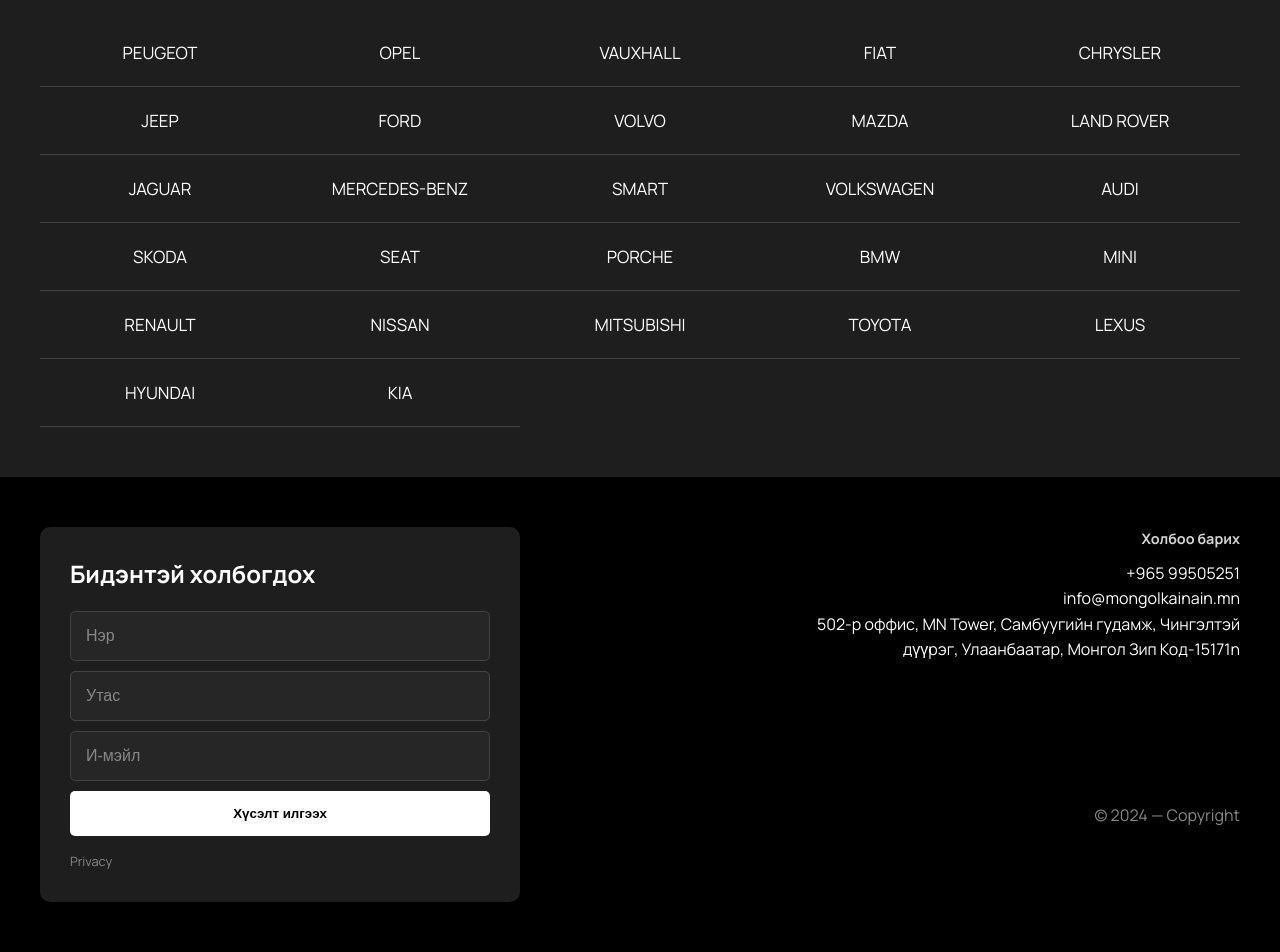
Repository: temuujinnn/mongol_kanain
Page: index.html
An editor plug-in stored every save of this project. The page is shown before and after the next save, followed by the edit.
The browser window is 1280 px wide. The pictures show the part of the page from y = 2407 to 3359 px (the page is 3359 px tall).
A picture or video elsewhere on the page could not be fetched, so the positions and the page height are approximate.

Above is the page before, as saved 2024-09-04 21:57:32.

### index.html
<!DOCTYPE html>
<html lang="mn">

<head>
    <meta charset="UTF-8">
    <meta name="viewport" content="width=device-width, initial-scale=1.0">
    <title>Mongol Kanain</title>
    <link rel="stylesheet" href="style.css">
    <link rel="icon" type="image/x-icon" href="./images/pavicon.svg">
    <!-- Google Fonts Link -->
    <link href="https://fonts.googleapis.com/css2?family=Manrope:wght@400;700&display=swap" rel="stylesheet">
</head>

<body>
    <!-- Header Section -->
    <header>
        <div class="container">
            <div class="logo">
                <img src="./images/pavicon.svg" style="width: 40px; height: 40px;" alt="Calendar Icon">
                <h1 style="margin-left: 5px;">Mongol Kanain</h1>

            </div>
            <nav>
                <ul>
                    <li><a href="#hero">Нүүр</a></li>
                    <li><a href="#about">Бидний тухай</a></li>
                    <li><a href="#order-process">Захиалага</a></li>
                    <!-- <li><a href="#contact">Бидэнтэй холбогдох</a></li> -->
                </ul>
            </nav>
            <a href="#contact" class="contact-btn">Бидэнтэй холбогдох</a>
            <button class="hamburger">
                <div></div>
                <div></div>
                <div></div>
            </button>
        </div>
    </header>

    <div class="sidebar">
        <ul>
        <li><a href="#hero">Нүүр</a></li>
        <li><a href="#about">Бидний тухай</a></li>
        <li><a href="#order-process">Захиалага</a></li>
        <!-- <li><a href="#contact">Бидэнтэй холбогдох</a></li> -->
        </ul>
        <a href="#contact" class="contact-btn">Бидэнтэй холбогдохs</a>
    </div>

    <!-- Hero Section -->
    <section id="hero" class="fade-in">
        <div class="overlay"></div>
        <div class="hero-content">
            <h1>Оригинал баталгаатай сэлбэгийг хамгийн найдвартай бөгөөд өрсөлдөхүйц үнээр ханган нийлүүлэгч</h1>
            <a href="#contact" class="button">Бидэнтэй холбогдох</a>
        </div>
    </section>

    <!-- The rest of your content -->
    <section id="about" class="fade-in">
        <div class="container">

            <div class="about-grid">
                <div>
                    <h2>БИДНИЙ ТУХАЙ</h2>
                    <p class="description">“Монгол Канайн” ХХК нь 2011 оноос эхлэн дэлхийд чанар, үйл ажиллагаагаараа
                        тэргүүлэгч
                        оригинал авто сэлбэгийн брэндүүдийн бөөнийн болон жижиглэн худалдааны үйл ажиллагаа болон
                        даатгалын
                        гүйцэтгэлийн үйл ажиллагааг явуулж байна. Бид таны авто сэлбэг хангамжийн хамгийн найдвартай
                        түнш
                        байх
                        болно.</p>
                </div>

                <div class="about-card">
                    <div class="icon">
                        <img src="./icons/calendar-time.svg" alt="Calendar Icon">
                    </div>
                    <div style="height: 40px;"></div>
                    <div class="text">2011 онд эхэлсэн</div>
                </div>
                <div class="about-card">
                    <div class="icon">
                        <img src="./icons/discount-check.svg" alt="Calendar Icon">
                    </div>
                    <div style="height: 40px;"></div>
                    <div class="text">Найдвартай & Баталгаатай</div>
                </div>
                <div class="about-card">
                    <div class="icon">
                        <img src="./icons/truck-delivery.svg" alt="Calendar Icon">
                    </div>
                    <div style="height: 40px;"></div>
                    <div class="text">Шууд Хүргэлт</div>
                </div>
                <div class="about-card">
                    <div class="icon">
                        <img src="./icons/chart-bar.svg" alt="Calendar Icon">
                    </div>
                    <div style="height: 40px;"></div>
                    <div class="text">Хурдцатай төлж байгаа</div>
                </div>
                <div class="about-card">
                    <div class="icon">
                        <img src="./icons/mood-smile-beam.svg" alt="Calendar Icon">
                    </div>
                    <div style="height: 40px;"></div>
                    <div class="text">Хялбар Каталог</div>
                </div>
            </div>
        </div>
    </section>
    <section id="order-process" class="fade-in">
        <div class="container">
            <div class="order-process-title">
                <div style=" width: 80px; height: 4px; background-color: #ffcc00; margin-bottom: 12px;"></div>
                <h2>ЗАХИАЛГА</h2>
                <p class="description">Бүх төрлийн оригинал сэлбэг эд ангийг бид дараах процессоор та бүхэнд нийлүүлж
                    байна.
                </p>
            </div>

            <div class="steps">
                <div class="step">
                    <div class="stepicon">
                        <img src="./icons/report-money.svg" alt="Calendar Icon">
                    </div>
                    <div class="step-number">1</div>
                    <h3>Үнийн санал</h3>
                    <p>Та өөрийн хүссэн барааны жагсаалт болон захиалгын мэдээллээ бидэнд мэдэгдэнэ.</p>
                </div>
                <div class="step">
                    <div class="stepicon">
                        <img src="./icons/building-bank.svg" alt="Calendar Icon">
                    </div>
                    <div class="step-number">2</div>
                    <h3>Төлбер</h3>
                    <p>Үнийн саналыг баталгаажуулсан нөхцөлд нэхэмжлэх илгээн төлбер төлнө.</p>
                </div>
                <div class="step">
                    <div class="stepicon">
                        <img src="./icons/phone-check.svg" alt="Calendar Icon">
                    </div>
                    <div class="step-number">3</div>
                    <h3>Захиалга</h3>
                    <p>Захиалгын жагсаалтын дагуу тохирсон брэнд үйлдвэрлэгчүүд захиалга хийн татан авалтыг гүйцэтгэнэ.
                    </p>
                </div>
                <div class="step">
                    <div class="stepicon">
                        <img src="./icons/truck-delivery.svg" alt="Calendar Icon">
                    </div>
                    <div class="step-number">4</div>
                    <h3>Хүргэлт</h3>
                    <p>Таны хүссэн газарт бид гаалийн бүрдүүлэлт нь хийдсэн чанартай баталгаат сэлбэгийг хүргэж өгнө.
                    </p>
                </div>
            </div>
        </div>
    </section>
    <section id="brands" class="fade-in">
        <div class="brandcontainer">

            <div class="content">
                <div style=" width: 80px; height: 4px; background-color: #ffcc00; margin-bottom: 12px;"></div>
                <h2>СЭЛБЭГ БРЭНДҮҮД</h2>
                <p class="branddescription">
                    Бид дэлхийд тэргүүлэгч брэндүүдээс таны хэрэгцээ шаардлагад нийцсэн
                    автомашины
                    сэлбэг эд ангиийг
                    нийлүүлдэг.</p>
                <a href="./brand_page.html" class="button">Бүх брэндүүдийг харах</a>
            </div>
            <div class="brand-logos">


            </div>
        </div>
    </section>
    <section id="car-brands" class="fade-in">
        <div class="container">
            <div class="content">
                <div style=" width: 80px; height: 4px; background-color: #ffcc00; margin-bottom: 12px;"></div>
                <h2>МАШИНЫ БРЕНДҮҮД</h2>
                <p>
                    Бид дэлхийд тэргүүлэгч брэндүүдээс таны хэрэгцээ шаардлагад нийцсэн автомашины сэлбэг эд ангийг
                    нийлүүлдэг. </p>

            </div>
            <div class="brand-list">
                <div class="brand-item">PEUGEOT</div>
                <div class="brand-item">OPEL</div>
                <div class="brand-item">VAUXHALL</div>
                <div class="brand-item">FIAT</div>
                <div class="brand-item">CHRYSLER</div>
                <div class="brand-item">JEEP</div>
                <div class="brand-item">FORD</div>
                <div class="brand-item">VOLVO</div>
                <div class="brand-item">MAZDA</div>
                <div class="brand-item">LAND ROVER</div>
                <div class="brand-item">JAGUAR</div>
                <div class="brand-item">MERCEDES-BENZ</div>
                <div class="brand-item">SMART</div>
                <div class="brand-item">VOLKSWAGEN</div>
                <div class="brand-item">AUDI</div>
                <div class="brand-item">SKODA</div>
                <div class="brand-item">SEAT</div>
                <div class="brand-item">PORCHE</div>
                <div class="brand-item">BMW</div>
                <div class="brand-item">MINI</div>
                <div class="brand-item">RENAULT</div>
                <div class="brand-item">NISSAN</div>
                <div class="brand-item">MITSUBISHI</div>
                <div class="brand-item">TOYOTA</div>
                <div class="brand-item">LEXUS</div>
                <div class="brand-item">HYUNDAI</div>
                <div class="brand-item">KIA</div>
            </div>
        </div>
        </div>
    </section>
    <section id="contact" class="fade-in">
        <div class="contactcontainer">
            <div class="contact-form">

                <h2>Бидэнтэй холбогдох</h2>
                <form action="#" method="POST">
                    <input type="text" name="name" placeholder="Нэр" required>
                    <input type="text" name="phone" placeholder="Утас" required>
                    <input type="text" name="phone2" placeholder="И-мэйл">
                    <button type="submit">Хүсэлт илгээх</button>
                </form>
                <p class="privacy">Privacy</p>
            </div>
            <div class="contact-details">
                <h3>Холбоо барих</h3>
                <p>+965 99505251<br>
                    info@mongolkainain.mn<br>
                502-р оффис, MN Tower, Самбуугийн гудамж, Чингэлтэй дүүрэг, Улаанбаатар, Монгол Зип Код-15171n<br> </p>
                <div class="sizedbox"></div>
                <!-- <div class="social-icons">
                    <a href="#"><img src="./icons/facebook.svg" alt="Facebook"></a>
                    <a href="#"><img src="./icons/instagram.svg" alt="Instagram"></a>
                    <a href="#"><img src="./icons/youtube.svg" alt="YouTube"></a>
                    <a href="#"><img src="./icons/twitter.svg" alt="Twitter"></a>
                </div> -->
                <p class="copyright">© 2024 — Copyright</p>
            </div>
        </div>
    </section>
</body>

</html>
<script>
      const Partbrands = [
            {
                image:
                    "https://static.wixstatic.com/media/5ea728_55e7c3a1850147a8b5d1985f4f3cd625~mv2.png/v1/fill/w_374,h_374,q_90/5ea728_55e7c3a1850147a8b5d1985f4f3cd625~mv2.webp",
                link: "https://ajusa.online/en/",
                title: "ajusa",
            },
            {
                image:
                    "https://static.wixstatic.com/media/5ea728_0b873a000ba742b8a1074b5f55729b73~mv2.png/v1/fill/w_374,h_374,q_90/5ea728_0b873a000ba742b8a1074b5f55729b73~mv2.webp",
                link: "https://www.coopersfiaam.com/en/catalogue/online-catalogue.html",
                title: "coopersfiaam",
            },
            {
                image:
                    "https://static.wixstatic.com/media/5ea728_046d851c29ba413facca5b9c11d8b68b~mv2.png/v1/fill/w_374,h_374,q_90/5ea728_046d851c29ba413facca5b9c11d8b68b~mv2.webp",
                link: "https://www.dayco.com/en/",
                title: "dayco",
            },
            {
                image:
                    "https://static.wixstatic.com/media/5ea728_c0fc7e71dcf84aa2aebc97444190f3da~mv2.png/v1/fill/w_374,h_374,q_90/5ea728_c0fc7e71dcf84aa2aebc97444190f3da~mv2.webp",
                link: "https://www.fram.com/",
                title: "fram",
            },
            {
                image:
                    "https://static.wixstatic.com/media/5ea728_3be79a63876e4ccba15965855d7a6fdf~mv2.png/v1/fill/w_376,h_374,q_90/5ea728_3be79a63876e4ccba15965855d7a6fdf~mv2.webp",
                link: "https://www.comline.uk.com/",
            },
            {
                image:
                    "https://static.wixstatic.com/media/5ea728_4439075102d94b6ba2fae9bdd7d55865~mv2.png/v1/fill/w_374,h_374,q_90/5ea728_4439075102d94b6ba2fae9bdd7d55865~mv2.webp",
                link: "https://www.efiautomotive.com/",
                title: "efi",
            },
            {
                image:
                    "https://static.wixstatic.com/media/5ea728_4031997473034c74a525a6f8f0217205~mv2.png/v1/fill/w_376,h_374,q_90/5ea728_4031997473034c74a525a6f8f0217205~mv2.webp",
                link: "https://www.durand-production.com/",
                title: "durand",
            },
            {
                image:
                    "https://static.wixstatic.com/media/5ea728_7558a5b6b21e46078724d381eb5a4d67~mv2.png/v1/fill/w_374,h_374,q_90/5ea728_7558a5b6b21e46078724d381eb5a4d67~mv2.webp",
                link: "https://www.fare-auto.com/es/",
                title: "fare",
            },
            {
                image:
                    "https://static.wixstatic.com/media/5ea728_a79ab5914a774dff9733cc695bffa2f7~mv2.png/v1/fill/w_376,h_374,q_90/5ea728_a79ab5914a774dff9733cc695bffa2f7~mv2.webp",
                link: "https://www.icerbrakes.com/",
                title: "icer",
            },
            {
                image:
                    "https://static.wixstatic.com/media/5ea728_e8c357f3ec6345878b177920135c3e00~mv2.png/v1/fill/w_374,h_374,q_90/5ea728_e8c357f3ec6345878b177920135c3e00~mv2.webp",
                link: "https://www.gmb.jp/en/",
                title: "gmb",
            },
            {
                image:
                    "https://static.wixstatic.com/media/5ea728_4a4a7b9a6e2b49ebaebf575265c24528~mv2.png/v1/fill/w_376,h_374,q_90/5ea728_4a4a7b9a6e2b49ebaebf575265c24528~mv2.webp",
                link: "https://www.kavoparts.com/",
                title: "kavo",
            },
            {
                image:
                    "https://static.wixstatic.com/media/5ea728_63377e60b165446eb3930afae95b5af9~mv2.png/v1/fill/w_374,h_374,q_90/5ea728_63377e60b165446eb3930afae95b5af9~mv2.webp",
                link: "https://www.kawe.nl/fr/assortiment/voiture-et-van/produits/",
                title: "kawe",
            },
            {
                image:
                    "https://static.wixstatic.com/media/5ea728_935ea36cad5a4d15b87e671cbec73e88~mv2.png/v1/fill/w_374,h_374,q_90/5ea728_935ea36cad5a4d15b87e671cbec73e88~mv2.webp",
                link: "https://kybme.com/",
                title: "kyb",
            },
            {
                image:
                    "https://static.wixstatic.com/media/5ea728_b3f729294e574daa92c355e59e0fa4f0~mv2.png/v1/fill/w_376,h_374,q_90/5ea728_b3f729294e574daa92c355e59e0fa4f0~mv2.webp",
                link: "https://lucasdiesel.com/",
                title: "lucas",
            },
            {
                image:
                    "https://static.wixstatic.com/media/5ea728_927a982dbaf64438a3ecba7ae9e2e534~mv2.png/v1/fill/w_374,h_374,q_90/5ea728_927a982dbaf64438a3ecba7ae9e2e534~mv2.webp",
                link: "https://www.mecafilter.com/",
                title: "mecafilter",
            },
            {
                image:
                    "https://static.wixstatic.com/media/5ea728_fff919491ae24641a25b08110d3fe1d3~mv2.png/v1/fill/w_376,h_374,q_90/5ea728_fff919491ae24641a25b08110d3fe1d3~mv2.webp",
                link: "https://misfat.com.tn/",
                title: "misfat",
            },
            {
                image:
                    "https://static.wixstatic.com/media/5ea728_036d71766a4f4c4e8fb5064e522b6979~mv2.png/v1/fill/w_374,h_374,q_90/5ea728_036d71766a4f4c4e8fb5064e522b6979~mv2.webp",
                link: "https://www.movendisgroup.com/",
                title: "movendis",
            },
            {
                image:
                    "https://static.wixstatic.com/media/5ea728_e1d85acf03054efcbb2ececb1742acd2~mv2.png/v1/fill/w_374,h_374,q_90/5ea728_e1d85acf03054efcbb2ececb1742acd2~mv2.webp",
                link: "https://ocap.it/index.php/en/",
                title: "ocap",
            },
            {
                image:
                    "https://static.wixstatic.com/media/5ea728_8cd548ef35f945dba57fc85d23bf9e5a~mv2.png/v1/fill/w_376,h_374,q_90/5ea728_8cd548ef35f945dba57fc85d23bf9e5a~mv2.webp",
                link: "https://www.optibelt.com/fr/accueil/",
                title: "optibelt",
            },
            {
                image:
                    "https://static.wixstatic.com/media/5ea728_bb8f8f2eff0f44398d98134de150533c~mv2.png/v1/fill/w_374,h_374,q_90/5ea728_bb8f8f2eff0f44398d98134de150533c~mv2.webp",
                link: "https://www.purflux.com/fr/index.html",
                title: "purflux",
            },
            {
                image:
                    "https://static.wixstatic.com/media/5ea728_b1b04d7fce434929949f30825dcad7d4~mv2.png/v1/fill/w_376,h_374,q_90/5ea728_b1b04d7fce434929949f30825dcad7d4~mv2.webp",
                link: "https://www.remante.com/",
                title: "remante",
            },
            {
                image:
                    "https://static.wixstatic.com/media/5ea728_17d7cc2ed1cd48029e84b1c9de083403~mv2.png/v1/fill/w_374,h_374,q_90/5ea728_17d7cc2ed1cd48029e84b1c9de083403~mv2.webp",
                link: "https://www.saleri.com/",
                title: "saleri",
            },
            {
                image:
                    "https://static.wixstatic.com/media/5ea728_393bafe0bfb443eba5f0f7707abb6949~mv2.jpg/v1/fill/w_374,h_374,q_90/5ea728_393bafe0bfb443eba5f0f7707abb6949~mv2.webp",
                link: "https://www.sia-am.com/",
                title: "sia",
            },
            {
                image:
                    "https://static.wixstatic.com/media/5ea728_5a5d6a3b34d04bd8b84d2fad217d8a68~mv2.png/v1/fill/w_376,h_374,q_90/5ea728_5a5d6a3b34d04bd8b84d2fad217d8a68~mv2.webp",
                link: "https://www.sidem.be/",
                title: "sidem",
            },
            {
                image:
                    "https://static.wixstatic.com/media/5ea728_532c96c85c114a7ebe3a5571840b8135~mv2.png/v1/fill/w_374,h_374,q_90/5ea728_532c96c85c114a7ebe3a5571840b8135~mv2.webp",
                link: "https://www.sogefipro.com/en/index.html",
                title: "sogefipro",
            },
            {
                image:
                    "https://static.wixstatic.com/media/5ea728_6623690cfdff4aa3b0101bc7558d00b6~mv2.png/v1/fill/w_376,h_374,q_90/5ea728_6623690cfdff4aa3b0101bc7558d00b6~mv2.webp",
                link: "https://www.svac.com.tr/",
                title: "svac",
            },
            {
                image:
                    "https://static.wixstatic.com/media/5ea728_a193b90beffc4953a84577d49641024b~mv2.png/v1/fill/w_374,h_374,q_90/5ea728_a193b90beffc4953a84577d49641024b~mv2.webp",
                link: "https://wonheurope.com/",
                title: "wonh",
            },
            {
                image:
                    "https://static.wixstatic.com/media/5ea728_b6fbb54ed74c401b92457d6fd9119129~mv2.png/v1/fill/w_376,h_374,q_90/5ea728_b6fbb54ed74c401b92457d6fd9119129~mv2.webp",
                link: "https://www.yuasa.co.uk/",
                title: "yuasa",
            },
        ];



        const generatePartBrandsHTML = (Partbrands) => {
            let htmlContent = '';

            Partbrands.forEach((brand) => {
                htmlContent += `
                    <div class="brand-logo" >
                        <a href="${brand.link}" target="_blank" rel="noreferrer">
                            <img src="${brand.image}" alt="img" />
                        </a>
                    </div>
                `;
            });

            return htmlContent;
        };

        document.addEventListener('DOMContentLoaded', function () {
            // Other existing scripts...

            // Inject generated part brands HTML into the page
            const brandLogosContainer = document.querySelector('.brand-logos');
            if (brandLogosContainer) {
                brandLogosContainer.innerHTML = generatePartBrandsHTML(Partbrands);
            }
        });

        document.addEventListener('DOMContentLoaded', function () {
            const hamburger = document.querySelector('.hamburger');
            const sidebar = document.querySelector('.sidebar');

            hamburger.addEventListener('click', function () {
                hamburger.classList.toggle('active');
                sidebar.classList.toggle('active');
            });
        });
    document.addEventListener('DOMContentLoaded', function () {
        const hamburger = document.querySelector('.hamburger');
        const sidebar = document.querySelector('.sidebar');

        hamburger.addEventListener('click', function () {
            hamburger.classList.toggle('active');
            sidebar.classList.toggle('active');
        });
    });
    document.addEventListener('DOMContentLoaded', function () {
        const fadeInElements = document.querySelectorAll('.fade-in');

        function handleScroll() {
            fadeInElements.forEach(function (element) {
                const rect = element.getBoundingClientRect();
                const elementTop = rect.top;
                const elementBottom = rect.bottom;

                // Check if the element is within the viewport
                if (elementTop < window.innerHeight && elementBottom >= 0) {
                    element.classList.add('visible');
                }
            });
        }

        window.addEventListener('scroll', handleScroll);

        // Initial check on page load
        handleScroll();
    });
    document.addEventListener('DOMContentLoaded', function () {
        const menuLinks = document.querySelectorAll('nav ul li a, .contact-btn');

        menuLinks.forEach(function (link) {
            link.addEventListener('click', function (e) {
                e.preventDefault();
                const targetId = this.getAttribute('href').substring(1);
                const targetSection = document.getElementById(targetId);

                if (targetSection) {
                    targetSection.scrollIntoView({ behavior: 'smooth' });
                }

                const sidebar = document.querySelector('.sidebar');
                const hamburger = document.querySelector('.hamburger');

                if (sidebar && sidebar.classList.contains('active')) {
                    sidebar.classList.remove('active');
                    hamburger.classList.remove('active');
                }
            });
        });
    });

</script>

Loaded but not shown: style.css (847 lines, source omitted)

After the next save:
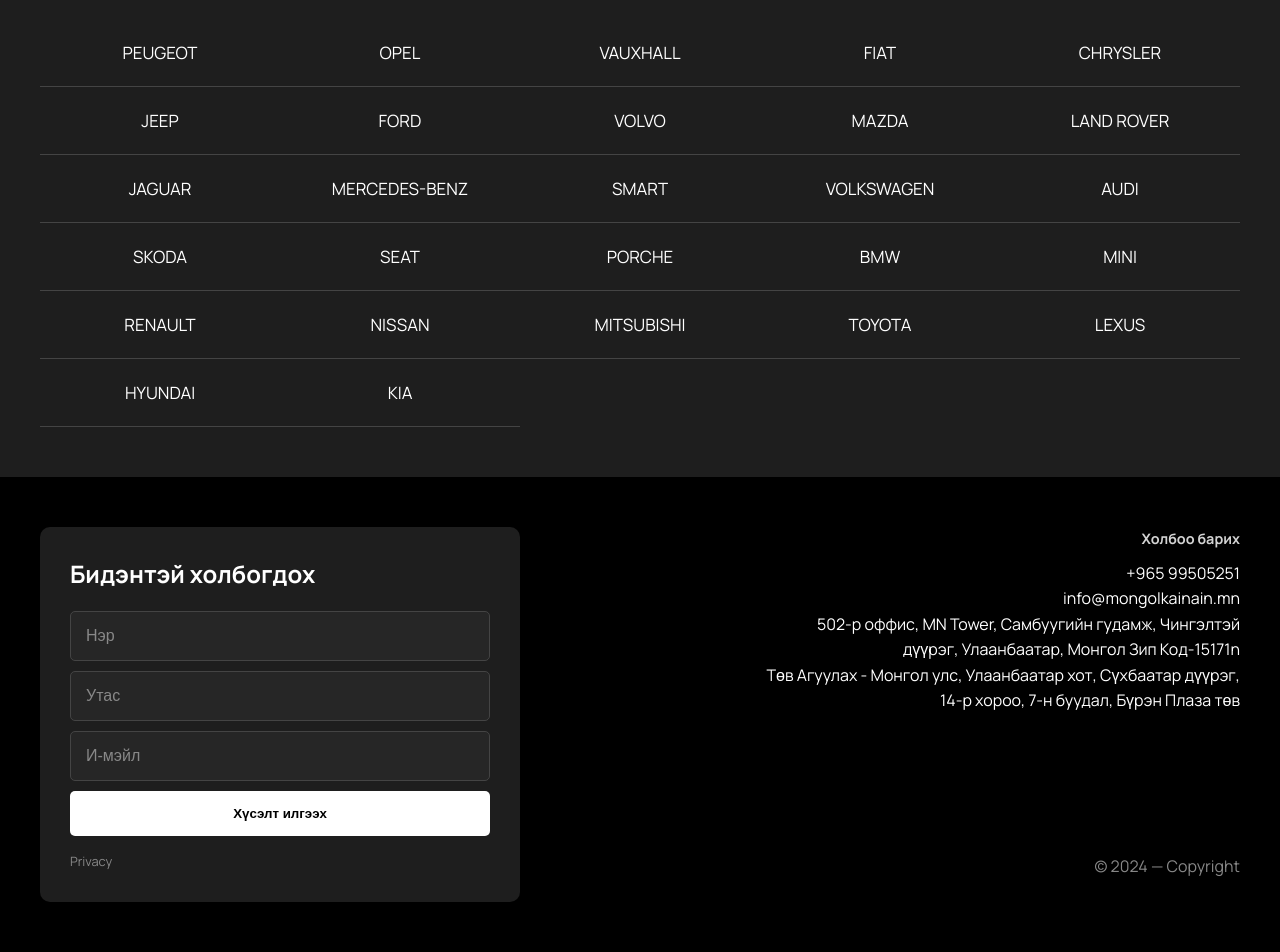
Saved 8 s later.
--- a/index.html
+++ b/index.html
@@ -237,7 +237,7 @@
                 <h3>Холбоо барих</h3>
                 <p>+965 99505251<br>
                     info@mongolkainain.mn<br>
-                502-р оффис, MN Tower, Самбуугийн гудамж, Чингэлтэй дүүрэг, Улаанбаатар, Монгол Зип Код-15171n<br> </p>
+                502-р оффис, MN Tower, Самбуугийн гудамж, Чингэлтэй дүүрэг, Улаанбаатар, Монгол Зип Код-15171n<br>Төв Агуулах - Монгол улс, Улаанбаатар хот, Сүхбаатар дүүрэг, 14-р хороо, 7-н буудал, Бүрэн Плаза төв </p>
                 <div class="sizedbox"></div>
                 <!-- <div class="social-icons">
                     <a href="#"><img src="./icons/facebook.svg" alt="Facebook"></a>
